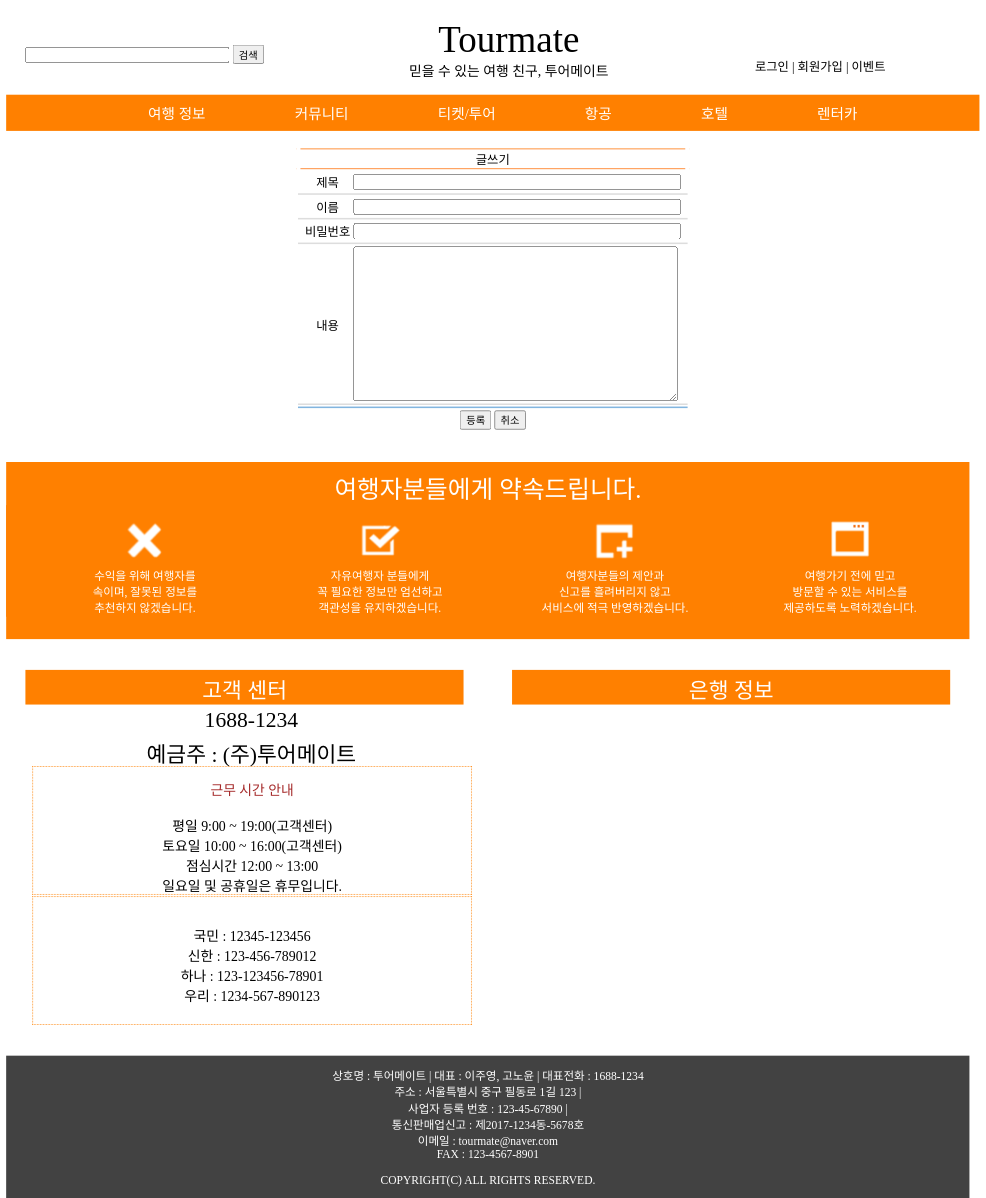
Repository: nohyoonko/2017-2-WP-Tourmate
Page: http://localhost/Tourmate/여행_후기_write.jsp
These files come from the project's save history. The page is drawn as it stood at one moment and after the next save; the edit follows.
The browser window is 1280 px wide. The pictures show the whole page, at 77% of full size.
The page is served by Tomcat 9.

Above is the page before, as saved 2017-12-05 04:26:46.

After the next save:
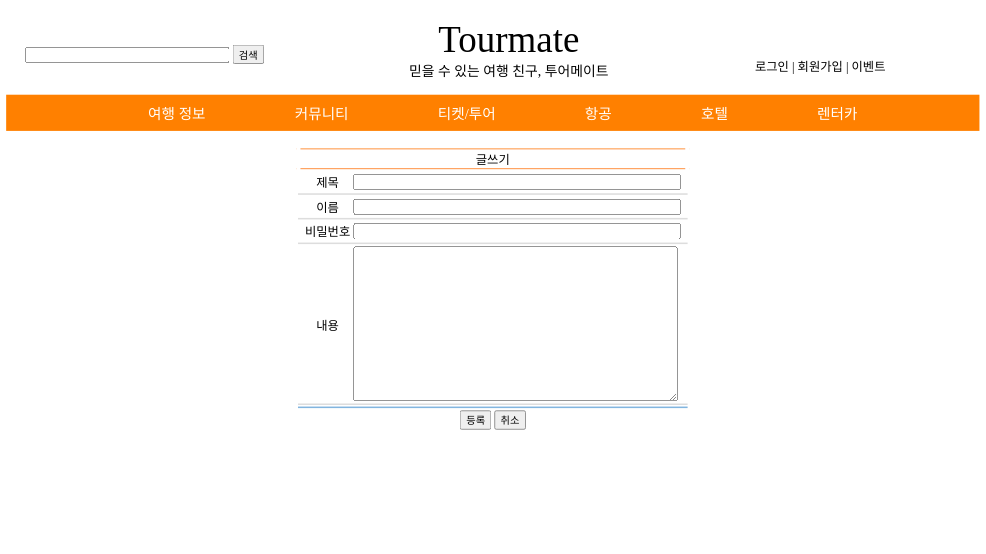
Saved 4 min 14 s later.
--- a/eclipse-workspace/Tourmate/WebContent/여행_후기_write.jsp
+++ b/eclipse-workspace/Tourmate/WebContent/여행_후기_write.jsp
@@ -101,7 +101,6 @@
  </table>
  </center>
  <br><br>
-<!-- 회사 정보와 약속을 포함한 Footer.jsp 파일을 include -->
-<jsp:include page="Footer.jsp" flush="false"/>
+
 </body>
  </html>
